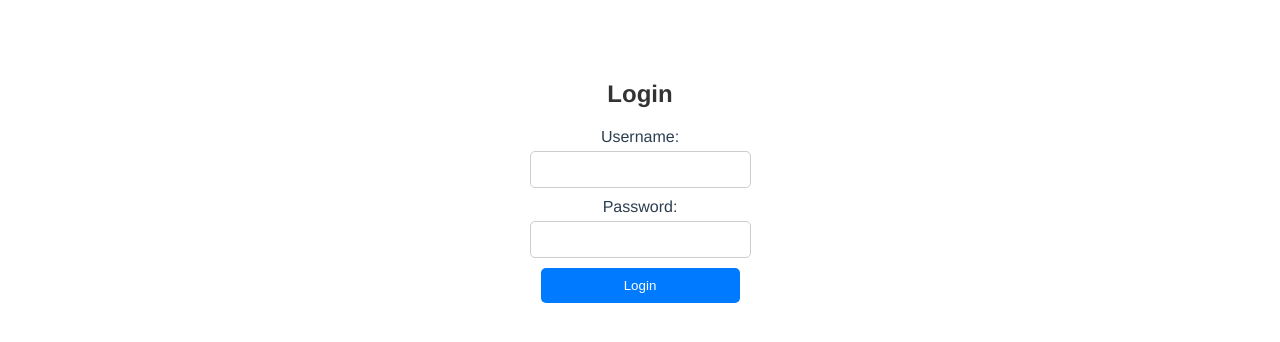
Repository: anhthu112/Todo-list
Page: /
An editor plug-in stored every save of this project. The page is shown before and after the next save, followed by the edit.
The browser window is 1280 px wide. The pictures show the whole page.
The project was rebuilt for these pictures with package versions that can differ from the ones it lists, and the page was loaded fresh each time. Requests to the local data server were answered from the project's data file. Also part of the build but not shown: vue.config.js.

Above is the page before, as saved 2024-02-01 15:31:14.

After the next save:
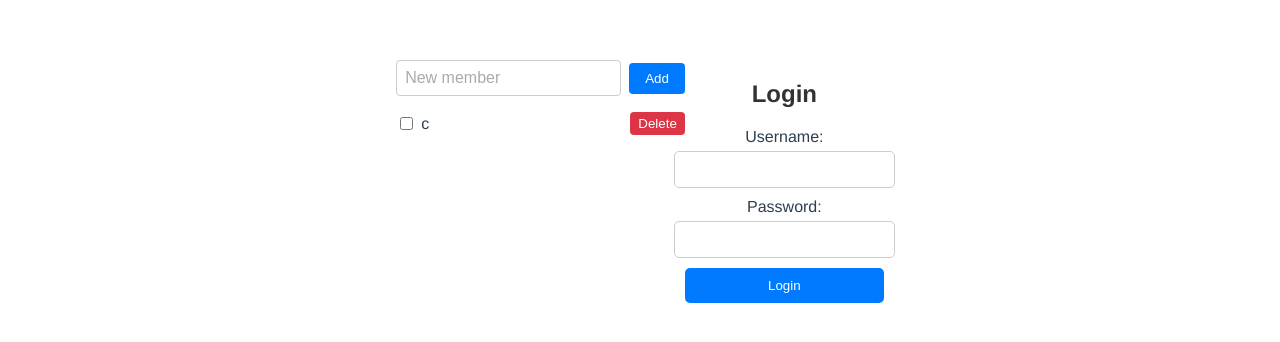
Saved 25 s later.
--- a/src/App.vue
+++ b/src/App.vue
@@ -1,39 +1,21 @@
 <template>
   <div class="container">
-    <template v-if="loggedIn">
-      <CompTodo/>
-    </template>
-    <template v-else>
-      <Login @login-success="handleLoginSuccess"/>
-    </template>
+    <CompTodo/>
+    <Login/>
   </div>
 </template>
 
 <script>
 import CompTodo from './components/CompTodo.vue';
 import Login from './components/Login.vue'
-// import router from './router/index.js';
+
 export default {
   name: 'App',
 
   components: {
     CompTodo,
     Login,
-  },
-
-  data() {
-    return {
-      loggedIn: false
-    };
-  },
-
-  methods: {
-  handleLoginSuccess() {
-    this.loggedIn = true;
-    this.$router.push({ name: 'CompTodo' }); // Sử dụng tên tuyến đường
-  }
-}
-
+},
 }
 </script>
 

After the 4 saves that followed:
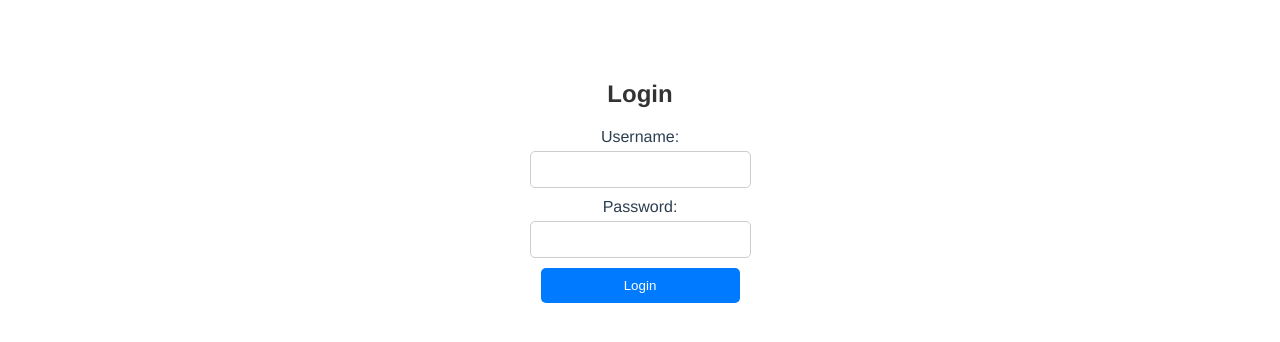
The 4 saves are shown as one change because 3 left the picture as it was.
The last was saved 3 min 35 s later.
--- a/src/App.vue
+++ b/src/App.vue
@@ -1,19 +1,19 @@
 <template>
   <div class="container">
-    <CompTodo/>
+    <!-- <CompTodo/> -->
     <Login/>
   </div>
 </template>
 
 <script>
-import CompTodo from './components/CompTodo.vue';
+// import CompTodo from './components/CompTodo.vue';
 import Login from './components/Login.vue'
 
 export default {
   name: 'App',
 
   components: {
-    CompTodo,
+    // CompTodo,
     Login,
 },
 }
--- a/src/components/Login.vue
+++ b/src/components/Login.vue
@@ -6,7 +6,7 @@
         <input type="text" id="username" v-model="username" required>
         <label for="password">Password:</label>
         <input type="password" id="password" v-model="password" required>
-        <button type="submit">Login</button>
+        <button type="submit" @click="showCompTodo = true">Login</button>
       </form>
     </div>
   </template>
@@ -22,7 +22,6 @@
     },
     methods: {
       login() {
-        this.$emit('login-success');
         console.log('Username:', this.username);
         console.log('Password:', this.password);
       }
@@ -31,6 +30,7 @@
   </script>
 
   <style scoped>
+
     .container {
     width: 300px;
     margin: 50px auto;
